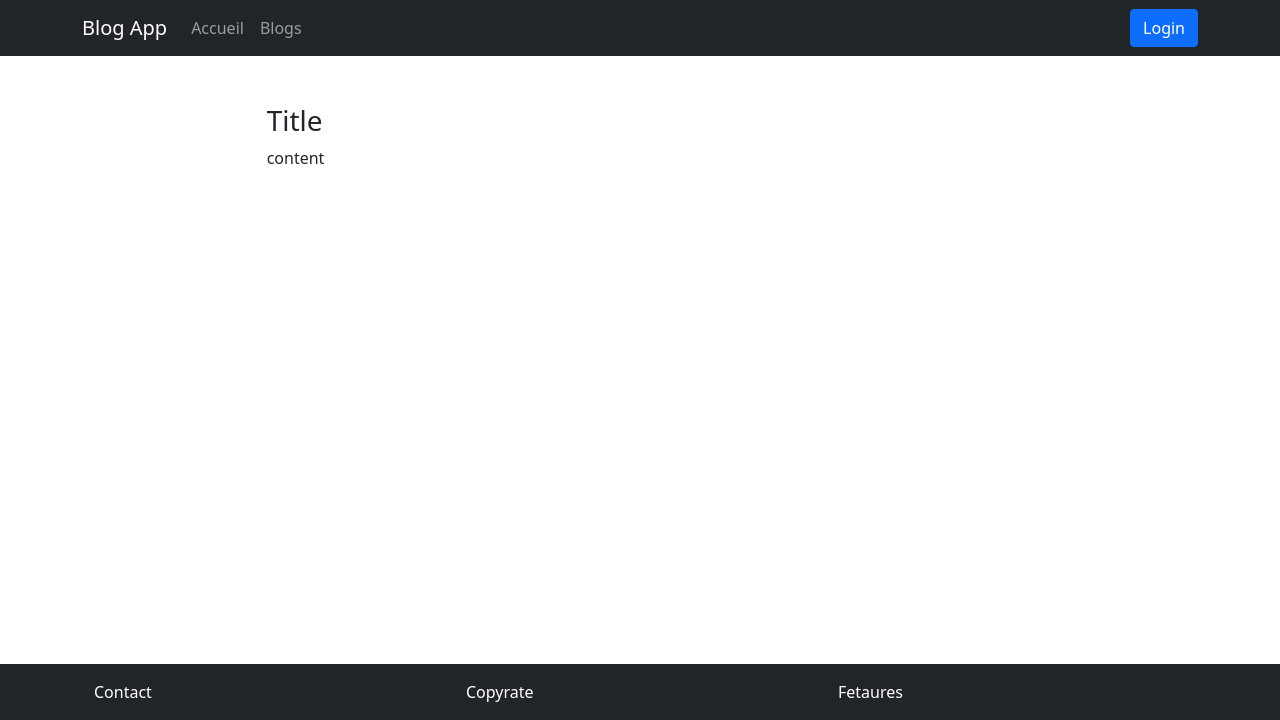
Repository: FS-23/laravel-blog-app
Page: http://localhost/blog/detail
These files come from the project's save history. The page is drawn as it stood at one moment and after the next save; the edit follows.
The browser window is 1280 px wide. The pictures show the whole page.
The page is served by the project's Laravel application, run on PHP 8.4 with Laravel 9. Other server files are loaded and not shown.

Above is the page before, as saved 2022-06-07 13:39:36.

### BlogApp/routes/web.php
<?php

use Illuminate\Support\Facades\Route;
use App\Http\Controllers\BlogController;
use App\Http\Controllers\ProductController;
use Illuminate\Http\Request;


Route::get('/', function () {
    return redirect('/blog/list');
});

Route::get('/home', function(){
    $user = ["name" =>  "Nour" , "level" =>  "A"];
    return view('home', $user);
});

Route::get('/blog' , function(){
    return view('blog.home');
});

Route::get('/blog/list' , [BlogController::class , 'index'] );

Route::get('/blog/create' , [BlogController::class  , 'create']);

Route::get('/blog/detail' , [BlogController::class , 'show']);

Route::post('/blog/store' , [BlogController::class , 'store']);

Route::get('/product' , [ProductController::class , 'index']);

Route::get('/user/create', function(){

    return view('user.create');
});
Route::post('/user/store',function(Request $request){
    dd($request -> all());
   // return 'hello world';
});

### BlogApp/app/Http/Controllers/BlogController.php
<?php

namespace App\Http\Controllers;

use Illuminate\Http\Request;
use App\Models\Blog;

// Blog::create(...)
// Blog::find(1)
//Blog::delete(2)
// Blog::all()


class BlogController extends Controller
{
    function index(){
        // $blog1 = new Blog2("Learn Python" ,  "Learn pyton with moha");
        // $blog2 = new Blog2("Learn CSS/HTML" ,  "Learn pyton with Youssef - Nour -Mohamed");
        // $blog3 = new Blog2("Learn PHP" ,  "Le lorem ipsum est, en imprimerie, une suite de mots sans signification utilisée à titre provisoire pour calibrer une mise en page, le texte définitif venant remplacer le faux-texte dès qu'il est prêt ou que la mise en page est achevée. Généralement, on utilise un texte en faux latin, le Lorem ipsum ou Lipsum.");
        // $blog4 = new Blog2("Learn React" ,  "Learn pyton with Karl");
        // $blogs = [$blog1 , $blog2 , $blog3 , $blog4];

        $allBlogs = Blog::all()    ; // select * from blogs
        return view('blog.list' , ["blogs" =>  $allBlogs]);
    }

    function store(Request $request){

       // dd($request -> all());
        // //......
        //  $formData = ["title" => "Learn java 123" , "content" => "Learn java with AKHENATON" , "categorie" => "JAVA"];

        $result =  Blog::create( $request -> all());


        return redirect('/blog/list');
    }

    function show(){
        $blog = ["title" => "Learn PWA" , "content" => "Learn PWA with Youssef"];
        return view('blog.detail', $blog);
    }


    function create(){
        return view('blog.create');
    }
}


class Blog2{
    public $title;
    public $content;

    function __construct($title , $content){
        $this -> title = $title;
        $this -> content = $content;
    }
}

### BlogApp/resources/views/blog/detail.blade.php

@extends('layout.layout')
@section('content')
    <div class="col-7 mt-5 m-auto">
           <h3>Title</h3>

           <div>
               content
           </div>
    </div>
@endsection

### BlogApp/resources/views/layout/layout.blade.php
<!DOCTYPE html>
<html lang="en">
<head>
    <meta charset="UTF-8">
    <meta name="viewport" content="width=device-width, initial-scale=1.0">
    <meta http-equiv="X-UA-Compatible" content="ie=edge">
    <title>Blog App</title>
    <link rel="stylesheet" href="https://cdn.jsdelivr.net/npm/bootstrap@5.1.3/dist/css/bootstrap.min.css">
    <style>
        html , body {
            min-height: 100vh;
            position: relative;
            width: 100%
        }
        .footer {
            position: absolute;
            bottom: 0;
            width: 100%
        }
    </style>
</head>
<body>
    <nav class="navbar navbar-dark navbar-expand-lg bg-dark">
        <div class="container">
            <div class="navbar-brand">Blog App</div>
            <button class="navbar-toggler" data-bs-toggle="collapse" href="#navbar-container">
                <span class="navbar-toggler-icon"></span>
            </button>
            <div class="collapse navbar-collapse show" id="navbar-container">
                <ul class="navbar-nav">
                    <li class="nav-item">
                        <a href="/" class="nav-link">Accueil</a>
                    </li>
                    <li class="nav-item">
                        <a href="/blog/list" class="nav-link">Blogs</a>
                    </li>
                </ul>
            </div>

            <div>
                <button class="btn btn-primary">
                     Login
                </button>
            </div>

        </div>
    </nav>

    <div class="" style="padding-bottom: 100px">
        <section>
            @yield("content")
        </section>
    </div>

     <footer class="bg-dark text-white p-3 footer">
         <div class="container">
             <div class="row mx-0">
                    <div class="col-4">
                        <div> Contact</div>
                    </div>
                    <div class="col-4">
                        <div>Copyrate</div>
                    </div>
                    <div class="col-4">
                        <div>Fetaures</div>
                    </div>
             </div>
         </div>
     </footer>

    <script src="https://cdn.jsdelivr.net/npm/bootstrap@5.1.3/dist/js/bootstrap.min.js"></script>
</body>
</html>

Loaded but not shown: BlogApp/app/Http/Controllers/Controller.php (common file)

After the next save:
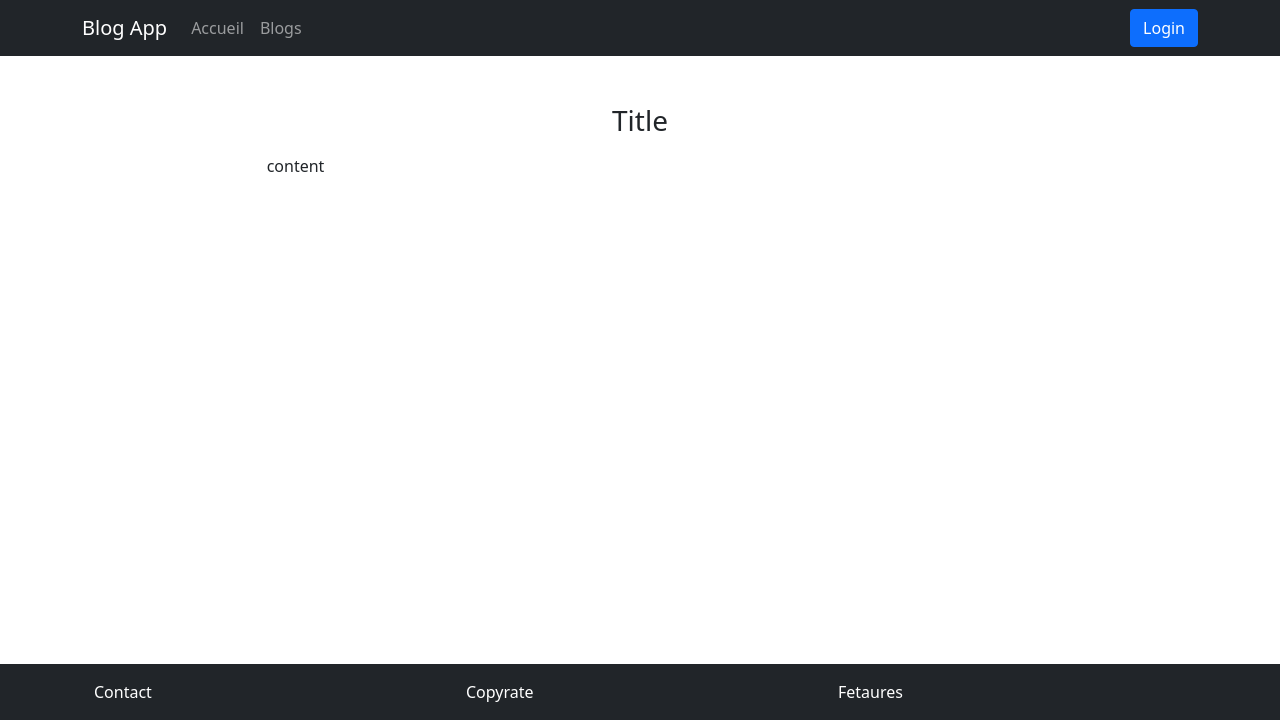
Saved 24 s later.
--- a/BlogApp/resources/views/blog/detail.blade.php
+++ b/BlogApp/resources/views/blog/detail.blade.php
@@ -2,9 +2,9 @@
 @extends('layout.layout')
 @section('content')
     <div class="col-7 mt-5 m-auto">
-           <h3>Title</h3>
+           <h3 class="text-center">Title</h3>
 
-           <div>
+           <div class="mt-3">
                content
            </div>
     </div>
